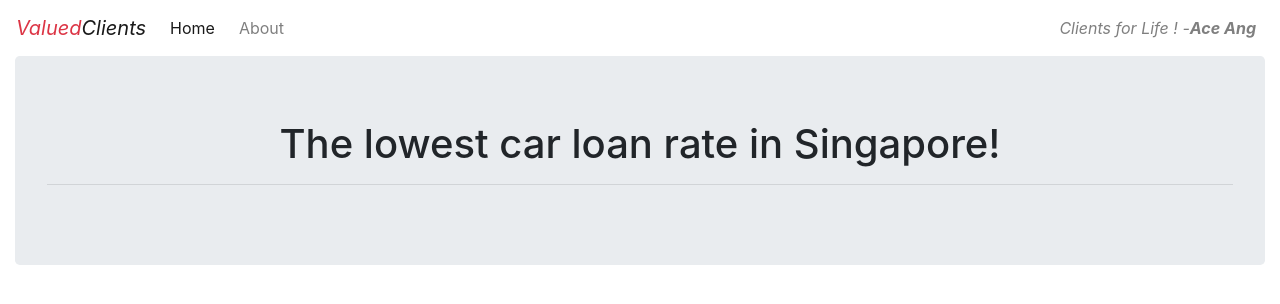
Repository: 99Ace/MongoProjectSample
Page: http://localhost/
The author's editor kept a record of every edit. The page is drawn from the files as they stood at one moment, then again after the next edit.
The browser window is 1280 px wide. The pictures show the whole page.
Some web libraries are served in a nearby version. The page is served by the project's application, run on Flask 3 (app.py). Queries for data that is not in the repository find no rows.

Above is the page before.

### templates/index.html
<!doctype html>
<html lang="en">

<head>
    <!-- Required meta tags -->
    <meta charset="utf-8">
    <meta name="viewport" content="width=device-width, initial-scale=1, shrink-to-fit=no">

    <!-- Bootstrap CSS -->
    <link rel="stylesheet" href="https://maxcdn.bootstrapcdn.com/bootstrap/4.0.0/css/bootstrap.min.css" integrity="sha384-Gn5384xqQ1aoWXA+058RXPxPg6fy4IWvTNh0E263XmFcJlSAwiGgFAW/dAiS6JXm" crossorigin="anonymous">

    <title>Hello, world!</title>
</head>

<body>
    <!-- Navigation -->
    <nav class="navbar navbar-light navbar-expand-sm">
        <a href="" class="navbar-brand"><i><span class="text-danger">Valued</span>Clients</i></a>
        <!-- Command to collapse the navbar -->
        <button class="navbar-toggler ml-auto" type="button" data-toggle="collapse" data-target="#navbarNavDropdown" aria-controls="navbarNavDropdown" aria-expanded="false" aria-label="Toggle navigation">
          <span class="navbar-toggler-icon"></span></button>
        <div class="collapse navbar-collapse" id="navbarNavDropdown">
            <ul class="navbar-nav mr-auto">
                <li class="active nav-item mr-2"><a class="nav-link" href="/"> Home</a></li>
                <li class="nav-item mr-2"><a class="nav-link" href=""> About</a></li>
                <!-- Dropdown list -->
                <!--    <li class="nav-item dropdown">-->
                <!--        <a class="nav-link dropdown-toggle" href="#" id="navbarDropdownMenuLink" role="button" data-toggle="dropdown" aria-haspopup="true" aria-expanded="false">Banks</a>-->
                <!-- Start of dropdown list -->
                <!--<div class="dropdown-menu" aria-labelledby="navbarDropdownMenuLink">-->
                <!--    <a class="dropdown-item" href="#">DBS</a>-->
                <!--    <a class="dropdown-item" href="#">UOB</a>-->
                <!--    <a class="dropdown-item" href="#">OCBC</a>-->
                <!--    <a class="dropdown-item" href="#">Maybank</a>-->
                <!--    <a class="dropdown-item" href="#">Hong Leong Finance</a>-->
                <!--    <a class="dropdown-item" href="#">Tokio Century Leasing</a>-->
                <!--    <a class="dropdown-item" href="#">Inhouse Loan</a>-->
                <!--</div>-->

                <!-- ./dropdown -->
                <!--</ul>-->
        </div>

        <div class="d-none d-md-block">
            <p class="navbar-text my-auto mr-2 "><i> Clients for Life ! -<b>Ace Ang</b></i></p>
            <!--<a href="" class="btn btn-signup btn--green"> Login | Sign Up </a>-->
        </div>
    </nav>
    <!-- ./navigation -->

    <!-- Callout -->
    <div class="container-fluid callout-container">
        <!--<div class="opaque-overlay">&nbsp;</div>-->
        <div class="row">
            <div class="col-12">
                <div class="callout jumbotron text-center">
                    <h1 class="jumbotron-header">The lowest car loan rate in Singapore!</h1>
                    <hr class="block-divider">
                </div>
            </div>
        </div>
    </div>
    <!-- /.callout -->

    <!-- Optional JavaScript -->
    <!-- jQuery first, then Popper.js, then Bootstrap JS -->
    <script src="https://code.jquery.com/jquery-3.2.1.slim.min.js" integrity="sha384-KJ3o2DKtIkvYIK3UENzmM7KCkRr/rE9/Qpg6aAZGJwFDMVNA/GpGFF93hXpG5KkN" crossorigin="anonymous"></script>
    <script src="https://cdnjs.cloudflare.com/ajax/libs/popper.js/1.12.9/umd/popper.min.js" integrity="sha384-ApNbgh9B+Y1QKtv3Rn7W3mgPxhU9K/ScQsAP7hUibX39j7fakFPskvXusvfa0b4Q" crossorigin="anonymous"></script>
    <script src="https://maxcdn.bootstrapcdn.com/bootstrap/4.0.0/js/bootstrap.min.js" integrity="sha384-JZR6Spejh4U02d8jOt6vLEHfe/JQGiRRSQQxSfFWpi1MquVdAyjUar5+76PVCmYl" crossorigin="anonymous"></script>
</body>

</html>

### app.py
# Install the various required library
from flask import Flask, render_template, request, redirect, url_for
import os
import pymongo

app = Flask(__name__)

# Setting up the MONGODB DATABASES to be link up
MONGO_URI = os.getenv('MONGO_URI')
DATABASE_NAME = 'insurance'
COLLECTION_NAME = 'policyholder'

# set up the connection to MONGO_URI which we set up in bashrc
conn = pymongo.MongoClient(MONGO_URI)
# set 'data' to be the name to represent the database link
data = conn[DATABASE_NAME][COLLECTION_NAME]


@app.route('/') # map the root route to the index function
def index():
    result = data.find({})
    return render_template ("index.html" , data = result)
    # render_template redirects to the index.html and we pass the database information from result to data in the index.html page

@app.route('/viewlist')
def viewlist():
    policyowner = data.find({})
    return render_template ("viewlist.html", data = policyowner)

@app.route('/viewgraph')
def viewgraph():
    return render_template ("viewgraph.html")

@app.route('/editpolicy')
def editpolicy():
    return render_template('editpolicy.html')



# "magic code" -- boilerplate
if __name__ == '__main__':
    app.secret_key = 'super secret key'
    app.config['SESSION_TYPE'] = 'filesystem'

    app.run(host=os.environ.get('IP'),
            port=int(os.environ.get('PORT')),
            debug=True)

After the next edit:
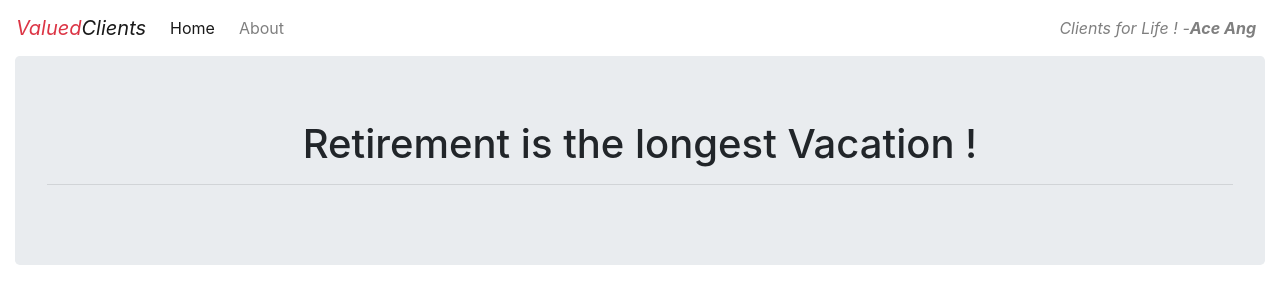
The edit:
--- a/templates/index.html
+++ b/templates/index.html
@@ -54,7 +54,7 @@
         <div class="row">
             <div class="col-12">
                 <div class="callout jumbotron text-center">
-                    <h1 class="jumbotron-header">The lowest car loan rate in Singapore!</h1>
+                    <h1 class="jumbotron-header">Retirement is the longest Vacation !</h1>
                     <hr class="block-divider">
                 </div>
             </div>
